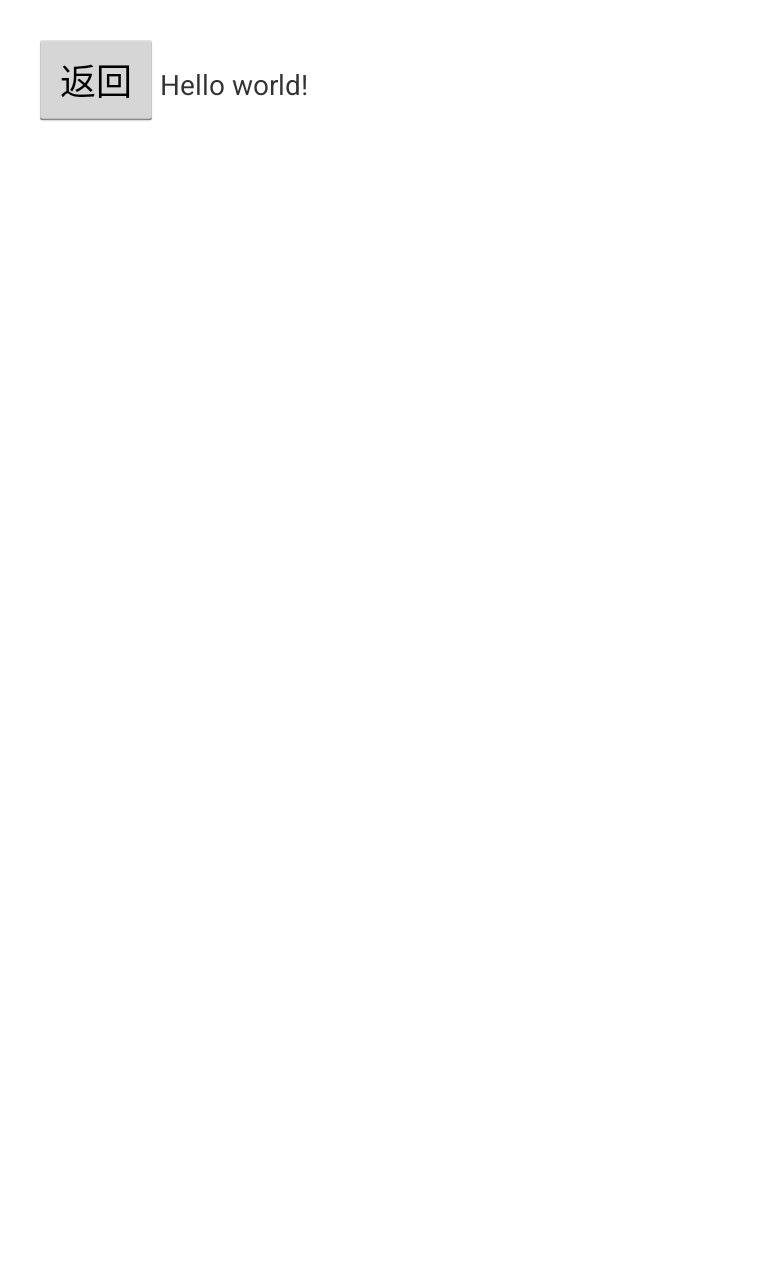
Repository: jinpp/Android
Layout: UICustomViews/res/layout/activity_main.xml
An editor plug-in stored every save of this project. The layout is shown before and after the next save, followed by the edit.
It is drawn on a 768 x 1280 px phone screen (xhdpi) without system bars, with theme AppTheme; the app's code is not run.

Above is the layout before, as saved 2016-11-17 02:27:32.

### UICustomViews/res/layout/activity_main.xml
<LinearLayout xmlns:android="http://schemas.android.com/apk/res/android"
    xmlns:tools="http://schemas.android.com/tools"
    android:layout_width="match_parent"
    android:layout_height="match_parent"
    android:paddingBottom="@dimen/activity_vertical_margin"
    android:paddingLeft="@dimen/activity_horizontal_margin"
    android:paddingRight="@dimen/activity_horizontal_margin"
    android:paddingTop="@dimen/activity_vertical_margin"
    tools:context=".MainActivity" >
    <Button
        android:id="@+id/return"
        android:layout_width="wrap_content"
        android:layout_height="wrap_content"
        android:text="返回" />

    <TextView
        android:layout_width="wrap_content"
        android:layout_height="wrap_content"
        android:text="@string/hello_world" />

    <TextView />

</LinearLayout>

### UICustomViews/res/values/strings.xml
<?xml version="1.0" encoding="utf-8"?>
<resources>

    <string name="app_name">UICustomViews</string>
    <string name="action_settings">Settings</string>
    <string name="hello_world">Hello world!</string>

</resources>

Loaded but not shown: UICustomViews/res/values/styles.xml (common file); UICustomViews/res/values-v11/styles.xml (common file); UICustomViews/res/values-v14/styles.xml (common file); UICustomViews/res/values/dimens.xml (common file)

After the next save:
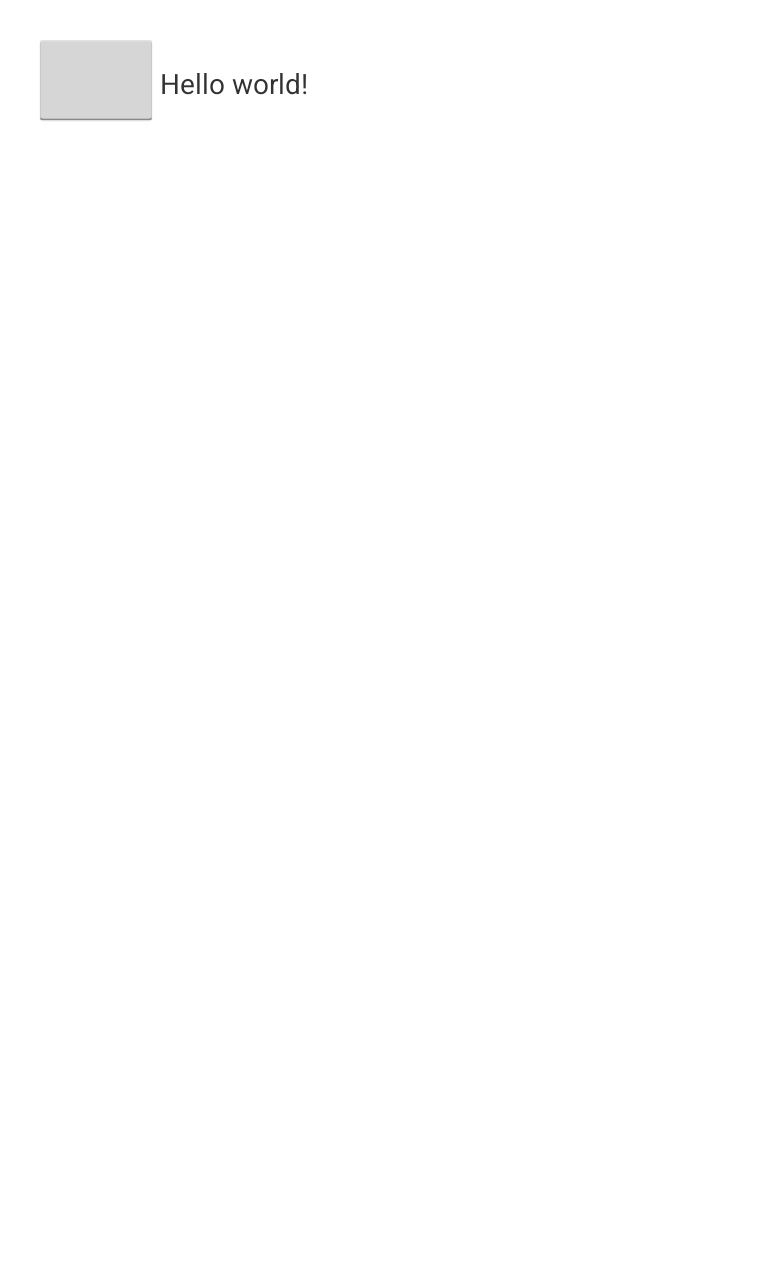
Saved 12 s later.
--- a/UICustomViews/res/layout/activity_main.xml
+++ b/UICustomViews/res/layout/activity_main.xml
@@ -7,11 +7,12 @@
     android:paddingRight="@dimen/activity_horizontal_margin"
     android:paddingTop="@dimen/activity_vertical_margin"
     tools:context=".MainActivity" >
+
     <Button
         android:id="@+id/return"
         android:layout_width="wrap_content"
         android:layout_height="wrap_content"
-        android:text="返回" />
+        />
 
     <TextView
         android:layout_width="wrap_content"

After the 2 saves that followed:
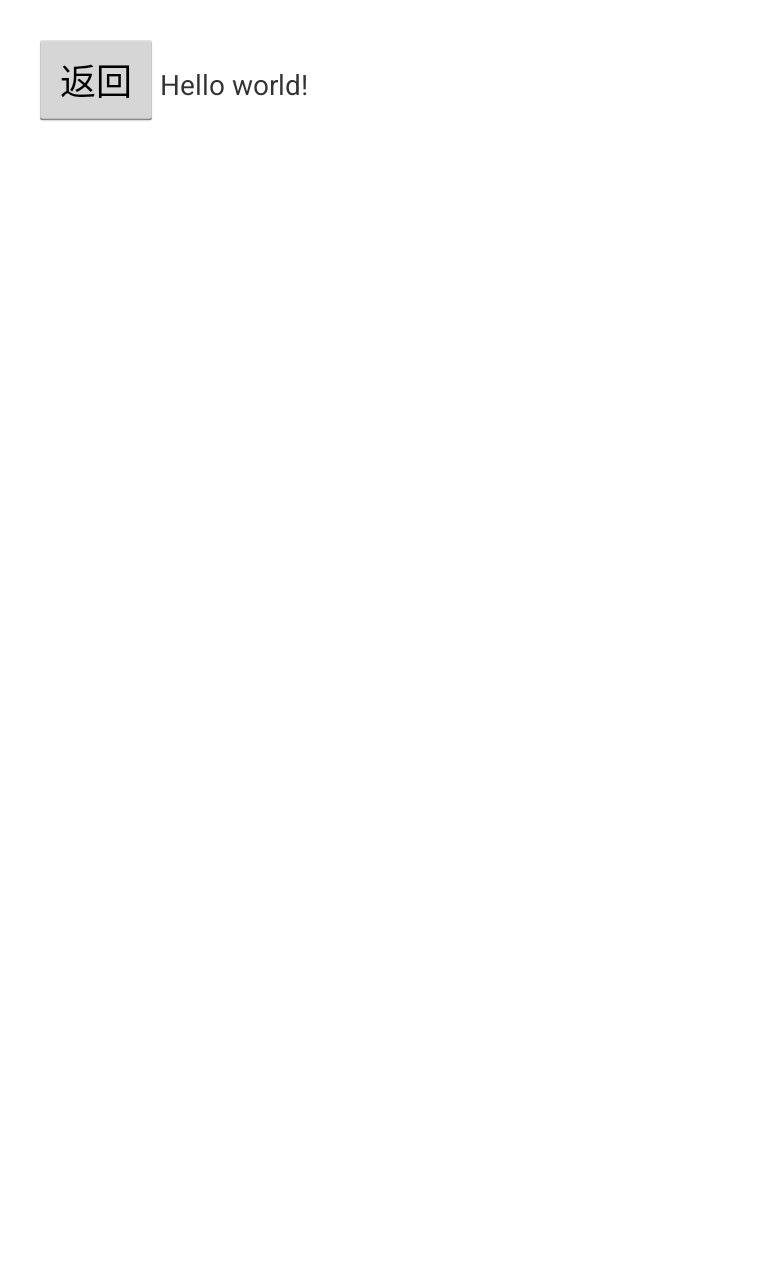
The 2 saves are shown as one change because they came seconds apart.
The last was saved 8 s later.
--- a/UICustomViews/res/layout/activity_main.xml
+++ b/UICustomViews/res/layout/activity_main.xml
@@ -7,12 +7,11 @@
     android:paddingRight="@dimen/activity_horizontal_margin"
     android:paddingTop="@dimen/activity_vertical_margin"
     tools:context=".MainActivity" >
-
     <Button
         android:id="@+id/return"
         android:layout_width="wrap_content"
         android:layout_height="wrap_content"
-        />
+        android:text="返回" />
 
     <TextView
         android:layout_width="wrap_content"
